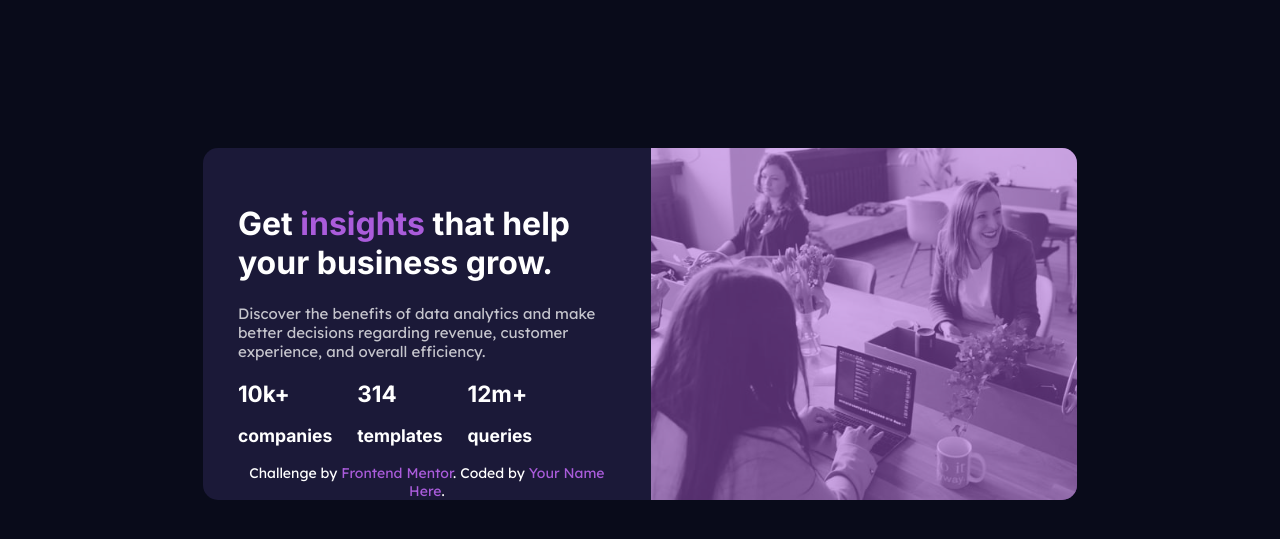
Repository: wasanmsn/Card_Challange
Page: index.html
The author's editor kept a copy of each file at every save. The page is drawn from the files as they stood at one save, then again after the next save.
The browser window is 1280 px wide. The pictures show the whole page.

Above is the page before, as saved 2021-07-21 16:45:02.

### index.html
<!DOCTYPE html>
<html lang="en">

<head>
  <meta charset="UTF-8">
  <meta name="viewport" content="width=device-width, initial-scale=1.0">
  <!-- displays site properly based on user's device -->

  <link rel="icon" type="image/png" sizes="32x32" href="./images/favicon-32x32.png">
  <link rel="stylesheet" href="./stylesheet.css">

  <title>Frontend Mentor | Stats preview card component</title>

</head>

<body>
  <div class="container">
    <div class="column1">
      <h1 id="header">
        Get <span>insights</span> that help your business grow.
      </h1>
      <div id="content">
        Discover the benefits of data analytics and make better decisions regarding revenue, customer
        experience, and overall efficiency.
      </div>
      <div id="content2">
        <div class="row"><h2>10k+</h2> <h3>companies</h3></div>
        <div class="row"><h2>314</h2> <h3>templates</h3></div>
        <div class="row"><h2>12m+</h2> <h3>queries</h3></div>
      </div>
      <div class="attribution">
        Challenge by <a href="https://www.frontendmentor.io?ref=challenge" target="_blank">Frontend Mentor</a>.
        Coded by <a href="#">Your Name Here</a>.
      </div>
    </div>
      <div class="column2">
        <image id="img" src="./images/image-header-desktop.jpg">
    </div>
  </div>


</body>

</html>

### stylesheet.css
@import url('https://fonts.googleapis.com/css2?family=Inter:wght@400;700&family=Lexend+Deca&display=swap');

body {
    margin: 0;
    padding: 0;
    background-color: hsl(233, 47%, 7%);

}

.container {
    width: 100%;
    display: flex;
    height: 90vh;
    justify-content: center;
    align-items: center;

}

.column1 {
    -webkit-box-sizing: border-box;
    /* Safari/Chrome, other WebKit */
    -moz-box-sizing: border-box;
    /* Firefox, other Gecko */
    box-sizing: border-box;
    /* Opera/IE 8+ */
    display: flex;
    flex-direction: column;
    justify-content: space-between;
    height: 22rem;
    width: 35%;
    padding: 35px;
    border-radius: 15px 0 0 15px;
    background-color: hsl(244, 38%, 16%);

}

.column2 {
    -webkit-box-sizing: border-box;
    /* Safari/Chrome, other WebKit */
    -moz-box-sizing: border-box;
    /* Firefox, other Gecko */
    box-sizing: border-box;
    /* Opera/IE 8+ */
    height: 22rem;
    border-radius: 0 15px 15px 0;
    background-color: hsl(277, 64%, 61%);
}
span {
    color: hsl(277, 64%, 61%);

}
#img {
    opacity: 0.5;
    height: 100%;
    border-radius: 0 15px 15px 0;
}
#header{
    font-family: 'Inter', sans-serif;
    font-weight: 700;
    color:hsl(0, 0%, 100%) ;
}
#content{
    font-size: 15px;
    font-family: 'Lexend Deca', sans-serif;
    color: hsla(0, 0%, 100%, 0.75);
}
#content2{
    display: flex;
    font-size: 15px;
    font-family: 'Inter', sans-serif;
    color: hsl(0, 0%, 100%) ;
}
.row{
    display: block;
    margin-right: 25px;
}
.attribution {
    font-size: 14px;
    text-align: center;
    font-family: 'Lexend Deca', sans-serif;
    color: hsl(0, 0%, 100%) ;
}
.attribution a {
    text-decoration: none;
    color: hsl(277, 64%, 61%);
  }

After the next save:
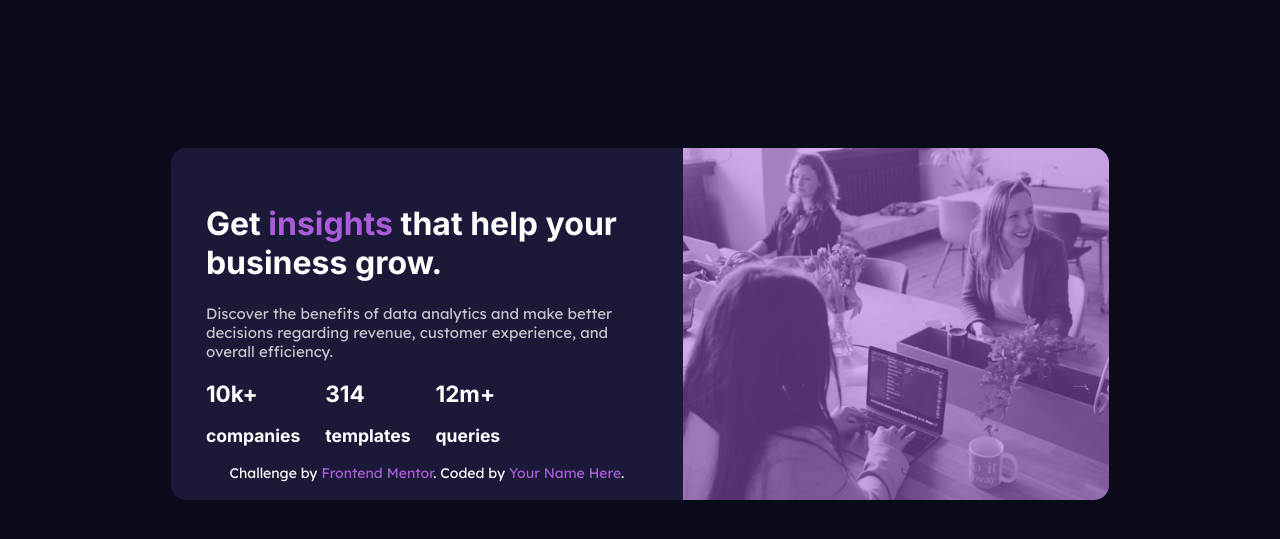
Saved 16 s later.
--- a/stylesheet.css
+++ b/stylesheet.css
@@ -27,7 +27,7 @@ body {
     flex-direction: column;
     justify-content: space-between;
     height: 22rem;
-    width: 35%;
+    width: 40%;
     padding: 35px;
     border-radius: 15px 0 0 15px;
     background-color: hsl(244, 38%, 16%);
